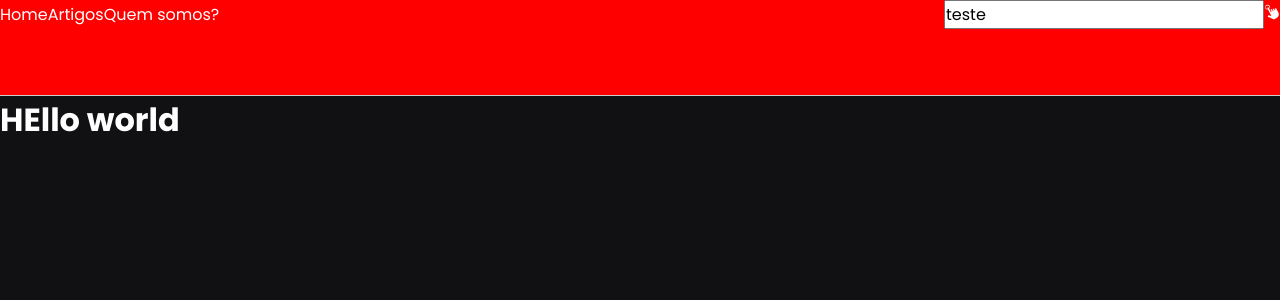
Repository: ArthurHendrich/Inepto
Page: /
The author's editor kept a copy of each file at every save. The page is drawn from the files as they stood at one save, then again after the next save.
The browser window is 1280 px wide. The pictures show the whole page.
The project was rebuilt for these pictures with package versions that can differ from the ones it lists, and the page was loaded fresh each time. The framework's server and built-in components were replaced by stand-ins that run in the browser. Also part of the build but not shown: next.config.js.

Above is the page before, as saved 2022-07-06 18:54:23.

After the next save:
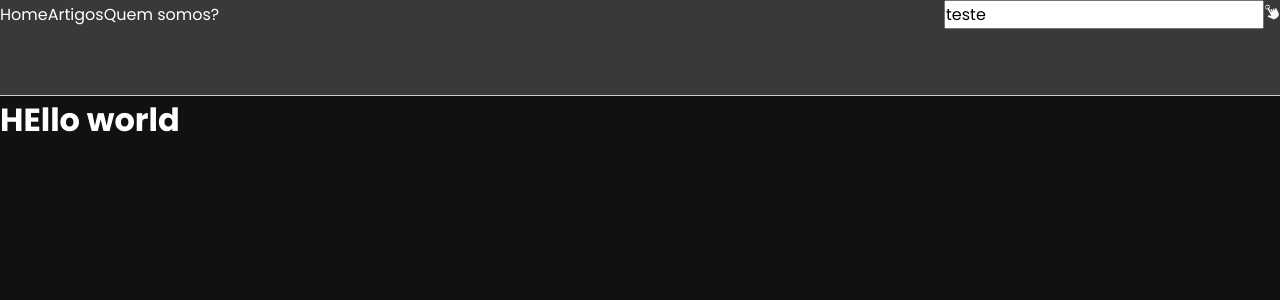
Saved 9 s later.
--- a/src/components/header/styles.module.scss
+++ b/src/components/header/styles.module.scss
@@ -1,6 +1,6 @@
 .headerContainer {
   height: 6rem;
-  background-color: red;
+  background: var(--gray-500);
   border-bottom: 1px solid var(--gray-200);
 }
 
